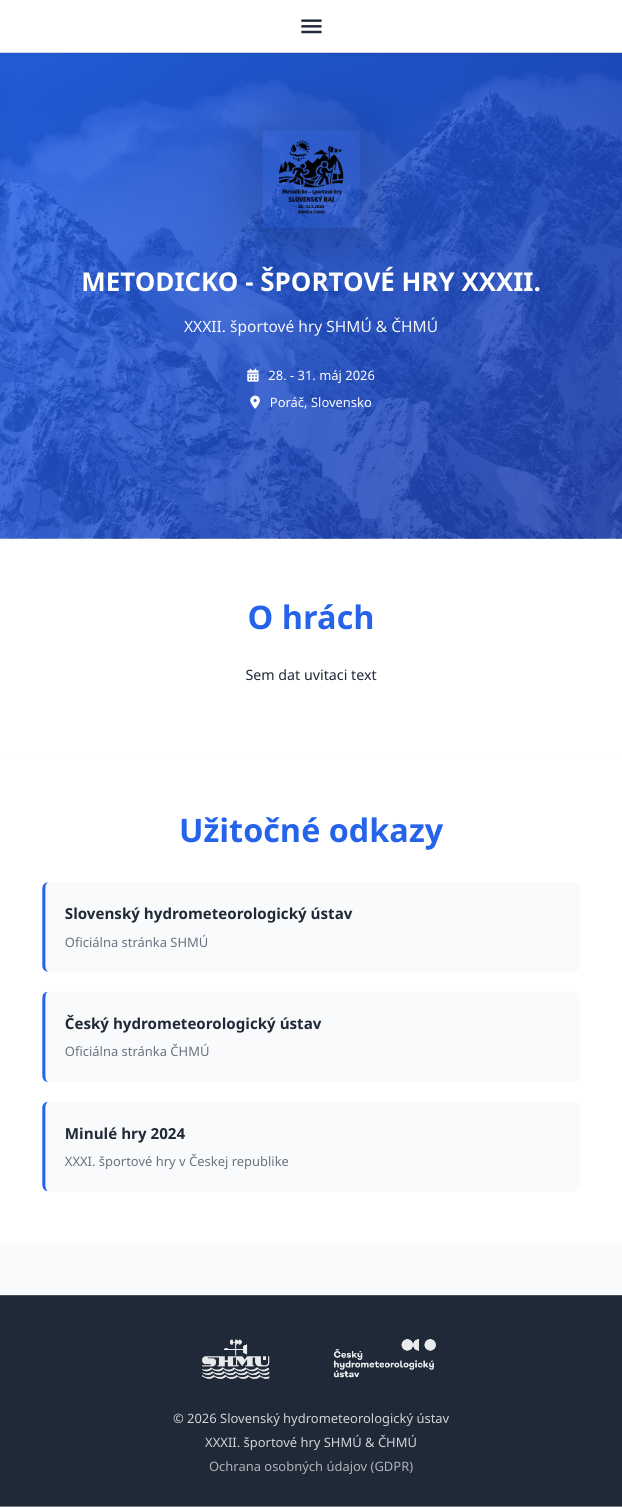
Repository: samiljimari/SHMU-web
Page: index.html
These files come from the project's save history. The page is drawn as it stood at one moment and after the next save; the edit follows.
The browser window is 768 px wide. The pictures show the whole page, at 81% of full size.

Above is the page before, as saved 2026-01-14 14:52:25.

After the next save:
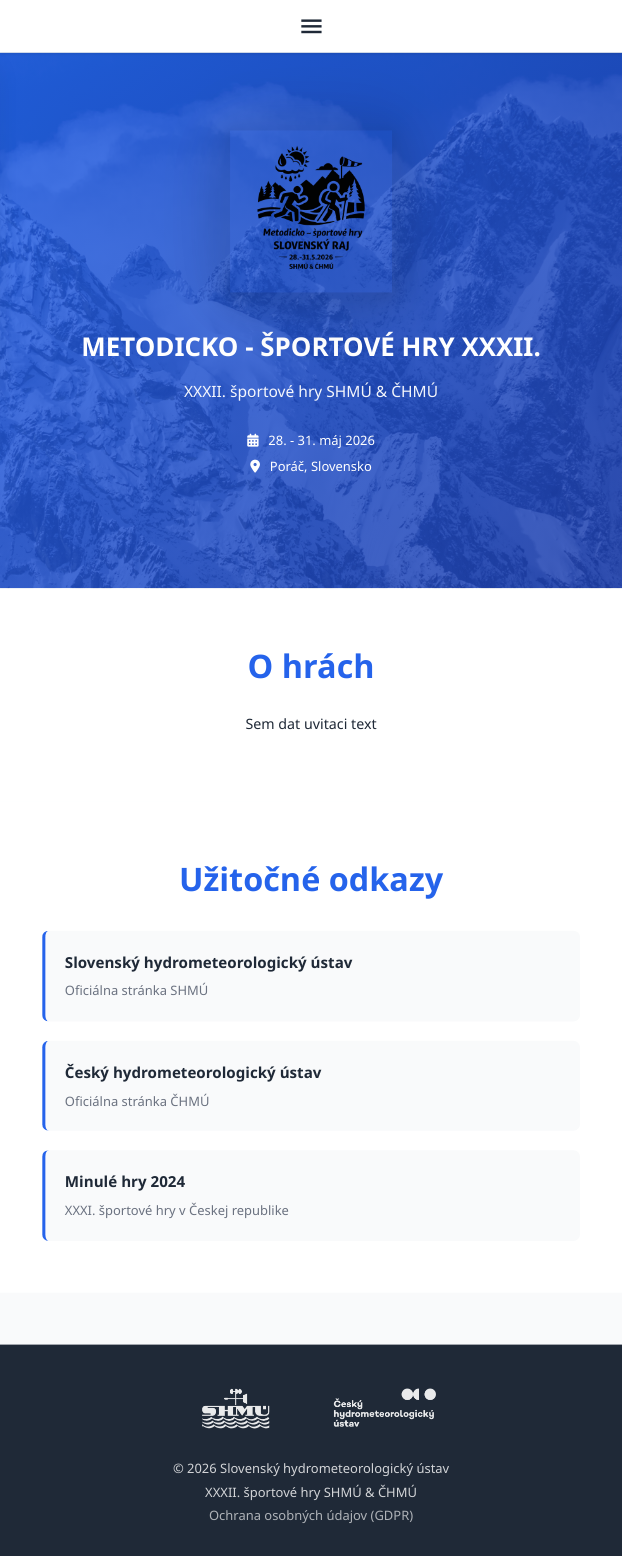
Saved 6 s later.
--- a/css/style.css
+++ b/css/style.css
@@ -918,7 +918,7 @@
     }
 
     .hero-logo {
-        height: 120px;
+        height: 200px;
     }
 
     .site-logo {
